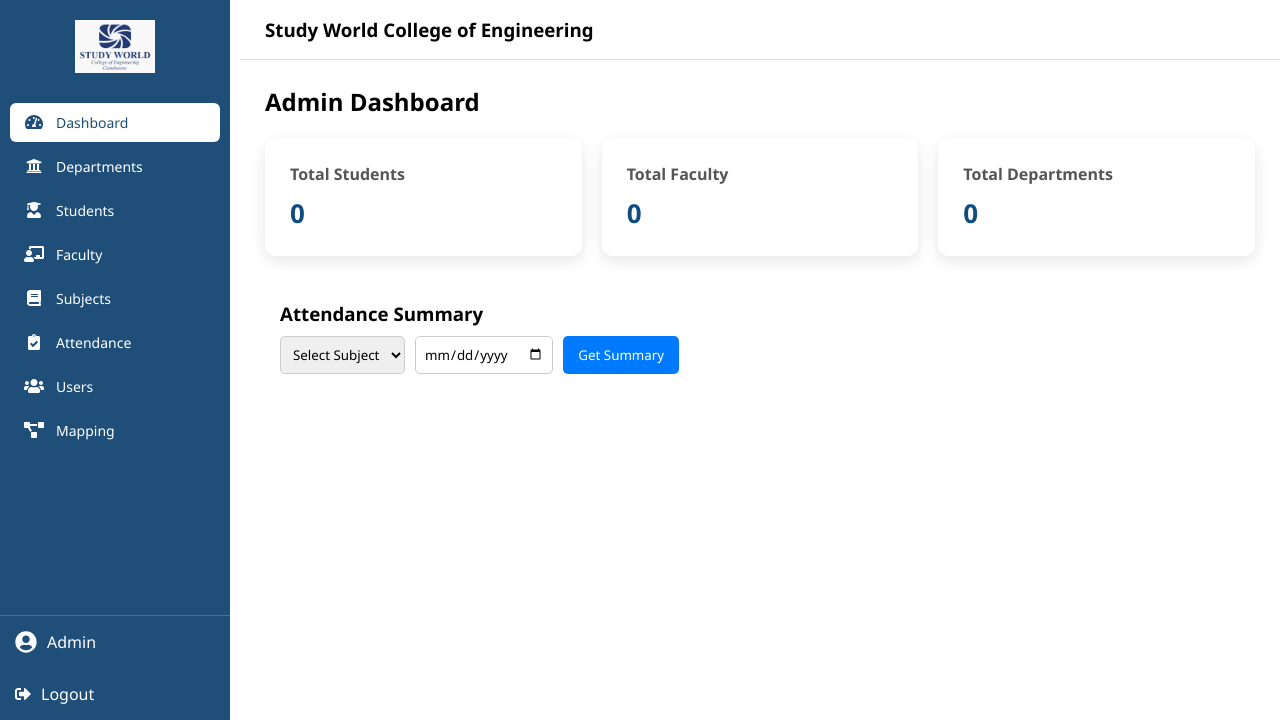
Repository: arthanarieswara/frontend
Page: /dashboard
These files come from the project's save history. The page is drawn as it stood at one moment and after the next save; the edit follows.
The browser window is 1280 px wide. The pictures show the whole page.
The page's requests for data from a server got no answer. The project was rebuilt for these pictures with package versions that can differ from the ones it lists, and the page was loaded fresh each time. No one was signed in, and anything a server would have sent is missing. Also part of the build but not shown: vite.config.js, src/pages/auth/Login.jsx, src/pages/departments/Departments.css, src/pages/departments/Departments.jsx, src/pages/students/Students.css, src/pages/students/Students.jsx, src/pages/faculty/Faculty.css, src/pages/faculty/Faculty.jsx and 8 more.

Above is the page before, as saved 2026-03-27 11:14:49.

### src/App.jsx
import AppRoutes from "./routes/AppRoutes";

function App() {
  return <AppRoutes />;
}

export default App;

### src/routes/AppRoutes.jsx
import { BrowserRouter, Routes, Route } from "react-router-dom";

import Login from "../pages/auth/Login";
import Dashboard from "../pages/dashboard/Dashboard";
import Departments from "../pages/departments/Departments";
import Students from "../pages/students/Students";
import Faculty from "../pages/faculty/Faculty";
import Subjects from "../pages/Subjects/Subjects";
import Attendance from "../pages/Attendance/Attendance";
import Users from "../pages/users/Users";
import UserMapping from "../pages/UserMapping/UserMapping"; // ✅ NEW
function AppRoutes() {
  return (
    <BrowserRouter>
      <Routes>
        <Route path="/" element={<Login />} />
        <Route path="/dashboard" element={<Dashboard />} />
        <Route path="/departments" element={<Departments />} />
        <Route path="/students" element={<Students />} />
        <Route path="/faculty" element={<Faculty />} />
        <Route path="/subjects" element={<Subjects />} />
        <Route path="/attendance" element={<Attendance />} />
        <Route path="/users" element={<Users />} />

        {/* ✅ NEW ROUTE */}
        <Route path="/mapping" element={<UserMapping />} />
      </Routes>
    </BrowserRouter>
  );
}

export default AppRoutes;

### src/pages/dashboard/Dashboard.jsx
import { useEffect, useState } from "react";
import Layout from "../../components/Layout";
import api from "../../api/api";
import "./Dashboard.css";

function Dashboard() {

  const [data, setData] = useState({
    students: 0,
    faculty: 0,
    departments: 0,
    fees: 0
  });

  const [subjects, setSubjects] = useState([]);
  const [subject, setSubject] = useState("");
  const [date, setDate] = useState("");

  const [attendanceSummary, setAttendanceSummary] = useState(null);

  /* ================= LOAD DASHBOARD ================= */

  useEffect(() => {
    fetchDashboard();
    fetchSubjects();
  }, []);

  const fetchDashboard = async () => {
    try {
      const res = await api.get("/dashboard/admin");
      setData(res.data);
    } catch (err) {
      console.log(err);
    }
  };

  const fetchSubjects = async () => {
    try {
      const res = await api.get("/subjects");
      setSubjects(res.data || []);
    } catch (err) {
      console.log(err);
    }
  };

  /* ================= FETCH ATTENDANCE SUMMARY ================= */

  const getAttendanceSummary = async () => {
    if (!subject || !date) {
      alert("Select subject and date");
      return;
    }

    try {
      const res = await api.get(
        `/attendance/summary?subject_id=${subject}&date=${date}`
      );

      setAttendanceSummary(res.data);

    } catch (err) {
      console.error(err);
      alert("Failed to fetch attendance summary");
    }
  };

  return (
    <Layout>
      <div className="dashboard">

        <h2>Admin Dashboard</h2>

        {/* ================= MAIN CARDS ================= */}
        <div className="cards">

          <div className="card">
            <h3>Total Students</h3>
            <p>{data.students}</p>
          </div>

          <div className="card">
            <h3>Total Faculty</h3>
            <p>{data.faculty}</p>
          </div>

          <div className="card">
            <h3>Total Departments</h3>
            <p>{data.departments}</p>
          </div>

        </div>

        {/* ================= ATTENDANCE FILTER ================= */}

        <div className="attendance-filter-section">

          <h3>Attendance Summary</h3>

          <div className="filters">

            <select
              value={subject}
              onChange={(e) => setSubject(e.target.value)}
            >
              <option value="">Select Subject</option>
              {subjects.map((s) => (
                <option key={s.id} value={s.id}>
                  {s.name}
                </option>
              ))}
            </select>

            <input
              type="date"
              value={date}
              onChange={(e) => setDate(e.target.value)}
            />

            <button onClick={getAttendanceSummary}>
              Get Summary
            </button>

          </div>

        </div>

        {/* ================= SUMMARY RESULT ================= */}

        {attendanceSummary && (
          <div className="cards">

            <div className="card">
              <h3>Present</h3>
              <p>{attendanceSummary.present_count}</p>
            </div>

            <div className="card">
              <h3>Absent</h3>
              <p>{attendanceSummary.absent_count}</p>
            </div>

            <div className="card">
              <h3>Total</h3>
              <p>{attendanceSummary.total_students}</p>
            </div>

          </div>
        )}

      </div>
    </Layout>
  );
}

export default Dashboard;

### src/api/api.js
import axios from "axios";

const api = axios.create({
  baseURL: "http://localhost:5000/api",
});

/* ✅ Attach token automatically */
api.interceptors.request.use((config) => {
  const token = localStorage.getItem("token");

  if (token) {
    config.headers.Authorization = `Bearer ${token}`;
  }

  return config;
});

export default api;

### src/pages/auth/Login.css
*{
  margin:0;
  padding:0;
  box-sizing:border-box;
  font-family:"Segoe UI",sans-serif;
}

/* ANIMATED BACKGROUND */

.login-wrapper{
  height:100vh;
  display:flex;
  justify-content:center;
  align-items:center;
  background:linear-gradient(270deg,#0f4c81,#3a8bfd,#1a6ed8);
  background-size:600% 600%;
  animation:gradientBG 10s ease infinite;
}

@keyframes gradientBG{
  0%{background-position:0% 50%}
  50%{background-position:100% 50%}
  100%{background-position:0% 50%}
}

/* LOGIN CARD */

.login-card{
  width:420px;
  padding:40px;
  border-radius:12px;
  background:rgba(255,255,255,0.15);
  backdrop-filter:blur(15px);
  box-shadow:0 15px 40px rgba(0,0,0,0.3);
  text-align:center;
  color:white;
}

/* COLLEGE HEADER */

.college-logo{
  width:70px;
  margin-bottom:10px;
}

.college-header h1{
  font-size:20px;
  margin-bottom:5px;
}

.college-header p{
 font-size:13px;
  opacity:0.9;
}

.college-header span{
  font-size:12px;
  opacity:0.8;
}

.college-header{
  margin-bottom:30px;
}

/* INPUT GROUP */

.input-group{

  position:relative;
  margin-bottom:20px;
}

.input-group input{
  width:100%;
  padding:12px;
  border:none;
  border-radius:6px;
  outline:none;
  font-size:14px;
}

/* FLOATING LABEL */

.input-group label{
  position:absolute;
  left:12px;
  top:50%;
  transform:translateY(-50%);
  color:#000000;
  font-size:14px;
  pointer-events:none;
  transition:0.3s;
}

.input-group input:focus + label,
.input-group input:not(:placeholder-shown) + label{
  top:-8px;
  /* background:white; */
  padding:0 5px;
  font-size:15px;
  color:white;
}

/* PASSWORD ICON */

.password-group{
 position:relative;
}

.eye-icon{
  position:absolute;
  right:10px;
  top:50%;
  transform:translateY(-50%);
  cursor:pointer;
  color:#444;
}

/* BUTTON */

.login-btn{
  width:100%;
  padding:12px;
  border:none;
  border-radius:6px;
  background:white;
  color:#0f4c81;
  font-size:16px;
  font-weight:bold;
  cursor:pointer;
  transition:all 0.3s;
}

.login-btn:hover{
  transform:translateY(-2px);
  box-shadow:0 5px 15px rgba(0,0,0,0.3);
}

### src/components/Layout.jsx
import { useState } from "react";
import Sidebar from "./Sidebar";
import Navbar from "./Navbar";

function Layout({ children }) {

  const [collapsed,setCollapsed] = useState(false);

  return (

    <div style={{display:"flex"}}>

      <Sidebar collapsed={collapsed} />

      <div style={{flex:1}}>

        <Navbar toggleSidebar={()=>setCollapsed(!collapsed)} />

        <div style={{padding:"25px"}}>
          {children}
        </div>

      </div>

    </div>

  );

}

export default Layout;

### src/pages/dashboard/Dashboard.css
.dashboard h2 {
  margin-bottom: 20px;
}

.cards {
  display: grid;

  grid-template-columns: repeat(auto-fit, minmax(220px, 1fr));

  gap: 20px;
}

.card {
  background: white;

  padding: 25px;

  border-radius: 10px;

  box-shadow: 0 5px 15px rgba(0, 0, 0, 0.1);

  transition: 0.3s;
}

.card:hover {
  transform: translateY(-5px);
}

.card h3 {
  font-size: 16px;

  margin-bottom: 10px;

  color: #555;
}

.card p {
  font-size: 26px;

  font-weight: bold;

  color: #0f4c81;
}

/* Attendance Filter Section */
.attendance-filter-section {
  margin-top: 30px;
  background: #fff;
  padding: 15px;
  border-radius: 8px;
}

.filters {
  display: flex;
  gap: 10px;
  margin-top: 10px;
}

.filters select,
.filters input {
  padding: 8px;
  border: 1px solid #ccc;
  border-radius: 5px;
}

.filters button {
  background: #007bff;
  color: white;
  border: none;
  padding: 8px 15px;
  border-radius: 5px;
  cursor: pointer;
}

.filters button:hover {
  background: #0056b3;
}

### src/components/Sidebar.jsx
import { NavLink, useNavigate } from "react-router-dom";
import {
  FaTachometerAlt,
  FaUniversity,
  FaUserGraduate,
  FaChalkboardTeacher,
  FaBook,
  FaClipboardCheck,
  FaMoneyBill,
  FaSignOutAlt,
  FaUserCircle,
  FaUsers,
  FaProjectDiagram,
} from "react-icons/fa";

import "./Sidebar.css";

function Sidebar({ collapsed }) {
  const navigate = useNavigate();

  const handleLogout = () => {
    localStorage.removeItem("token");
    navigate("/");
  };

  return (
    <div className="main-content">
      <div className={`sidebar ${collapsed ? "collapsed" : ""}`}>
        <div className="sidebar-header">
          <img src="/college-logo.png" className="sidebar-logo" />
        </div>

        <nav className="menu">
          <NavLink to="/dashboard" className="menu-item">
            <FaTachometerAlt />
            <span>Dashboard</span>
          </NavLink>

          <NavLink to="/departments" className="menu-item">
            <FaUniversity />
            <span>Departments</span>
          </NavLink>

          <NavLink to="/students" className="menu-item">
            <FaUserGraduate />
            <span>Students</span>
          </NavLink>

          <NavLink to="/faculty" className="menu-item">
            <FaChalkboardTeacher />
            <span>Faculty</span>
          </NavLink>

          <NavLink to="/subjects" className="menu-item">
            <FaBook />
            <span>Subjects</span>
          </NavLink>

          <NavLink to="/attendance" className="menu-item">
            <FaClipboardCheck />
            <span>Attendance</span>
          </NavLink>

          {/* <NavLink to="/fees" className="menu-item">
          <FaMoneyBill />
          <span>Fees</span>
        </NavLink> */}

          <NavLink to="/users" className="menu-item">
            <FaUsers />
            <span>Users</span>
          </NavLink>
          <NavLink to="/mapping" className="menu-item">
            <FaProjectDiagram />
            <span>Mapping</span>
          </NavLink>
        </nav>

        {/* PROFILE SECTION */}

        <div className="bottom-section">
          <div className="profile">
            <FaUserCircle className="profile-icon" />
            <span>Admin</span>
          </div>

          <div className="logout" onClick={handleLogout}>
            <FaSignOutAlt />
            <span>Logout</span>
          </div>
        </div>
      </div>
    </div>
  );
}

export default Sidebar;

### src/components/Navbar.jsx
import { FaBars } from "react-icons/fa";
import "./Navbar.css";

function Navbar({ toggleSidebar }) {

    return (

        <div className="navbar">

            {/* <FaBars className="toggle-btn" onClick={toggleSidebar} /> */}

            <h3>Study World College of Engineering</h3>

        </div>

    )

}

export default Navbar;

### src/components/Sidebar.css
.sidebar {
  width: 230px;
  height: 100vh;
  background: #1f4e79;
  color: white;
  display: flex;
  flex-direction: column;
  justify-content: space-between;
  position: fixed;
  left: 0;
  top: 0;
}

/* HEADER */

.sidebar-header {
  display: flex;
  justify-content: center;
  align-items: center;
  padding: 20px 10px;
}

.sidebar-logo {
  width: 80px;
  object-fit: contain;
}

/* MENU */

.menu {
  display: flex;
  flex-direction: column;
  gap: 5px;
  padding: 10px;
}

/* MENU ITEM */

.menu-item {
  display: flex;
  align-items: center;
  gap: 12px;
  padding: 10px 14px;
  color: white;
  text-decoration: none;
  border-radius: 6px;
  transition: 0.3s;
  font-size: 14px;
}

.menu-item svg {
  font-size: 16px;
  min-width: 20px;
}

.menu-item:hover {
  background: rgba(255, 255, 255, 0.15);
}

.menu-item.active {
  background: white;
  color: #1f4e79;
}

/* PUSH BOTTOM SECTION DOWN */

.bottom-section {
  margin-top: auto;
}

/* PROFILE */

.profile {
  display: flex;
  align-items: center;
  gap: 10px;
  padding: 15px;
  border-top: 1px solid rgba(255, 255, 255, 0.2);
}

.profile-icon {
  font-size: 22px;
}

/* LOGOUT */

.logout {
  display: flex;
  align-items: center;
  gap: 10px;
  padding: 15px;
  cursor: pointer;
  transition: 0.3s;
}

.logout:hover {
  background: rgba(255, 0, 0, 0.2);
}

.main-content {
  margin-left: 200px; /* SAME AS SIDEBAR WIDTH */
  padding: 20px;
}

### src/components/Navbar.css
.navbar{
  height:60px;
  background:white;
  border-bottom:1px solid #ddd;
  display:flex;
  align-items:center;
  padding:0 25px;
}

Loaded but not shown: index.html (common file); src/main.jsx (common file)

After the next save:
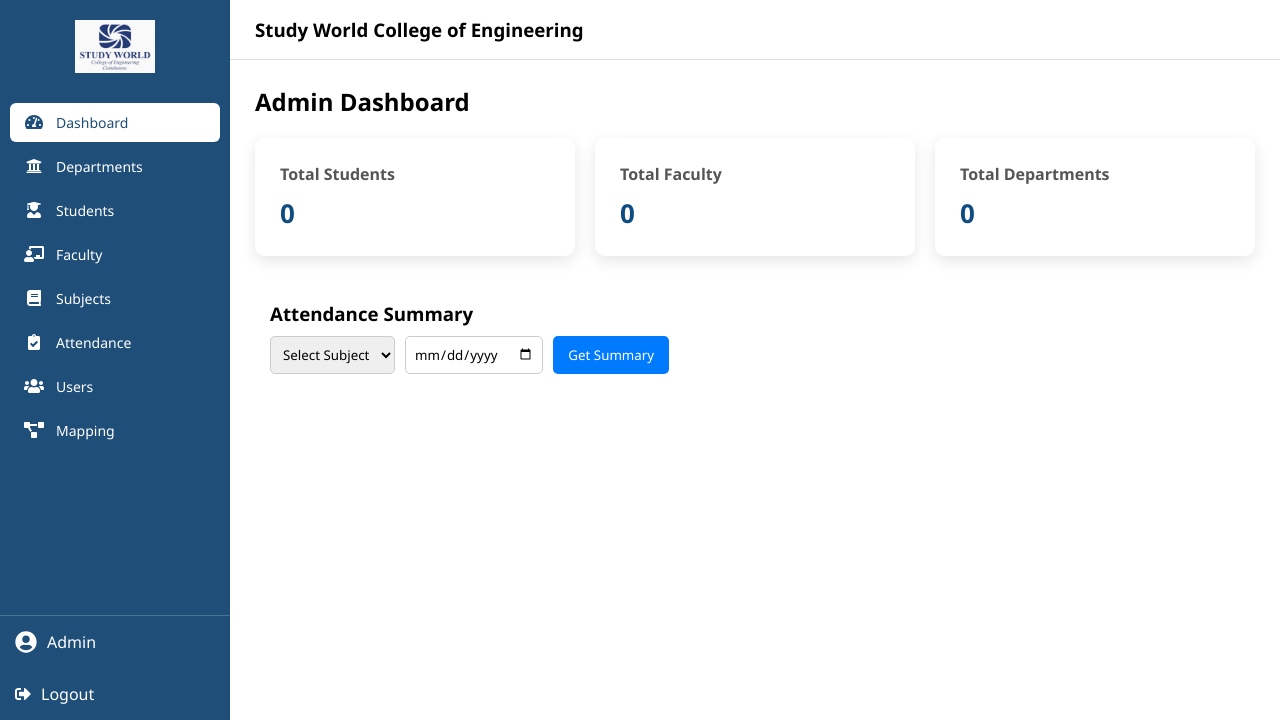
Saved 4 s later.
--- a/src/components/Sidebar.css
+++ b/src/components/Sidebar.css
@@ -98,6 +98,6 @@
 }
 
 .main-content {
-  margin-left: 200px; /* SAME AS SIDEBAR WIDTH */
+  margin-left: 190px; /* SAME AS SIDEBAR WIDTH */
   padding: 20px;
 }
